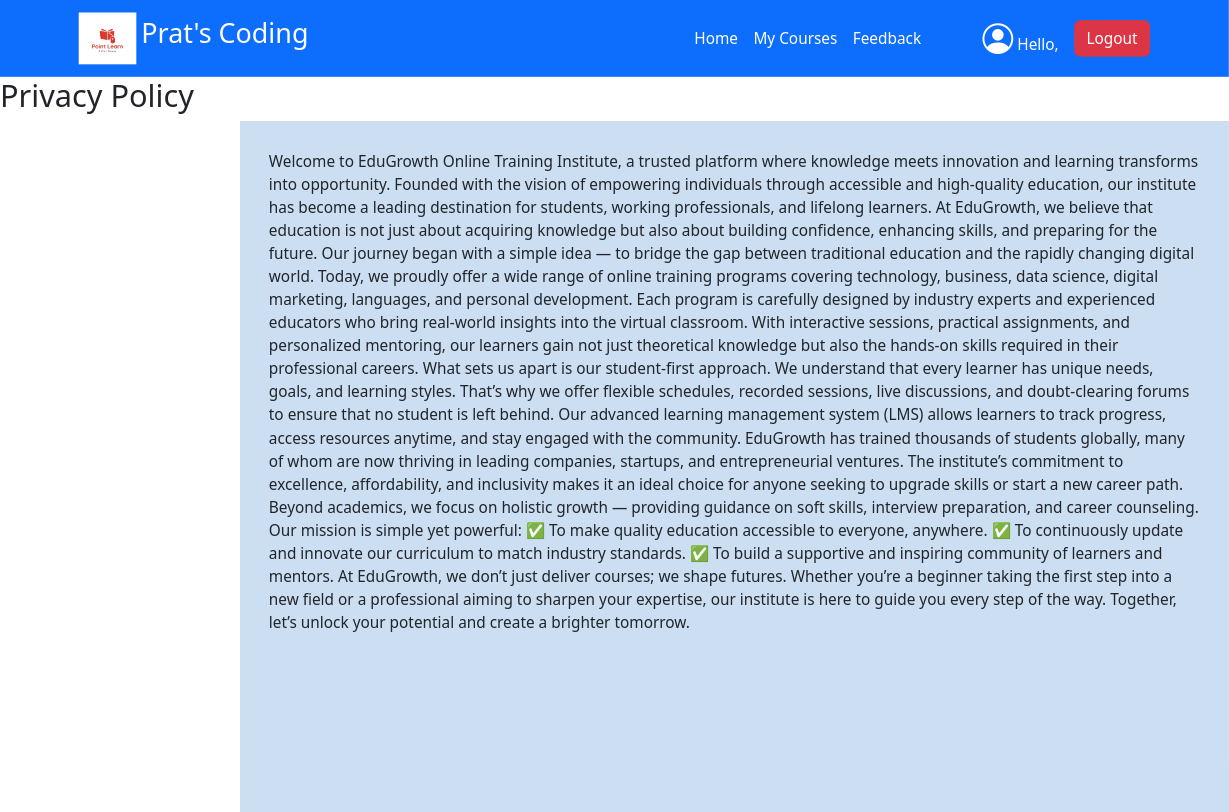
Repository: Pratikshae/OnlineLearningEPlatform
Page: http://localhost/privacy-policy
An editor plug-in stored every save of this project. The page is shown before and after the next save, followed by the edit.
The browser window is 1280 px wide. The pictures show the whole page, at 96% of full size.
The page is this project's Thymeleaf template; nobody is signed in. The template is opened directly, without the code that normally fills it, so the values that code supplies are empty.

Above is the page before, as saved 2025-09-22 09:40:38.

### EducationCRMProject/src/main/resources/templates/privacy-policy.html
<!DOCTYPE html>
<html lang="en" xmlns:th="http://www.thymeleaf.org">
<head>
<meta charset="utf-8" />
<meta name="viewport" content="width=device-width, initial-scale=1" />
<title>Privacy Policy</title>
<link
	href="https://cdn.jsdelivr.net/npm/bootstrap@5.3.7/dist/css/bootstrap.min.css"
	rel="stylesheet"
	integrity="sha384-LN+7fdVzj6u52u30Kp6M/trliBMCMKTyK833zpbD+pXdCLuTusPj697FH4R/5mcr"
	crossorigin="anonymous" />

<link rel="stylesheet"
	href="https://cdn.jsdelivr.net/npm/bootstrap-icons@1.13.1/font/bootstrap-icons.min.css">
<link rel="stylesheet" th:href="@{/css/style.css}">

</head>
<body>
	<div th:replace="~{fragments/user-header :: u-header}"></div>
	<h2 class="justify-content-center align-items-center">Privacy
		Policy</h2>

	<div class="main-content">
	   <p class="justify-content-center align-items-center"> Welcome to EduGrowth Online Training
		Institute, a trusted platform where knowledge meets innovation and
		learning transforms into opportunity. Founded with the vision of
		empowering individuals through accessible and high-quality education,
		our institute has become a leading destination for students, working
		professionals, and lifelong learners. At EduGrowth, we believe that
		education is not just about acquiring knowledge but also about
		building confidence, enhancing skills, and preparing for the future.

		Our journey began with a simple idea — to bridge the gap between
		traditional education and the rapidly changing digital world. Today,
		we proudly offer a wide range of online training programs covering
		technology, business, data science, digital marketing, languages, and
		personal development. Each program is carefully designed by industry
		experts and experienced educators who bring real-world insights into
		the virtual classroom. With interactive sessions, practical
		assignments, and personalized mentoring, our learners gain not just
		theoretical knowledge but also the hands-on skills required in their
		professional careers. What sets us apart is our student-first
		approach. We understand that every learner has unique needs, goals,
		and learning styles. That’s why we offer flexible schedules, recorded
		sessions, live discussions, and doubt-clearing forums to ensure that
		no student is left behind. Our advanced learning management system
		(LMS) allows learners to track progress, access resources anytime, and
		stay engaged with the community. EduGrowth has trained thousands of
		students globally, many of whom are now thriving in leading companies,
		startups, and entrepreneurial ventures. The institute’s commitment to
		excellence, affordability, and inclusivity makes it an ideal choice
		for anyone seeking to upgrade skills or start a new career path.
		Beyond academics, we focus on holistic growth — providing guidance on
		soft skills, interview preparation, and career counseling. Our mission
		is simple yet powerful: ✅ To make quality education accessible to
		everyone, anywhere. ✅ To continuously update and innovate our
		curriculum to match industry standards. ✅ To build a supportive and
		inspiring community of learners and mentors. At EduGrowth, we don’t
		just deliver courses; we shape futures. Whether you’re a beginner
		taking the first step into a new field or a professional aiming to
		sharpen your expertise, our institute is here to guide you every step
		of the way. Together, let’s unlock your potential and create a
		brighter tomorrow.
		</p>

		</div>
</body>
</html>

### EducationCRMProject/src/main/resources/templates/fragments/user-header.html
<!-- fragments/header.html -->
<!DOCTYPE html>
<html xmlns:th="http://www.thymeleaf.org">
<body>
	<header th:fragment="u-header">
		<nav class="navbar navbar-expand-lg bg-primary">
			<div class="container">
				<a class="navbar-brand" href="/index"> <img
					src="images/logo.png" alt="Smart Programming Logo" width="60" /> <span
					class="h3 text-white">Prat's Coding</span>
				</a>
				<button class="navbar-toggler" type="button"
					data-bs-toggle="collapse" data-bs-target="#navbarSupportedContent"
					aria-controls="navbarSupportedContent" aria-expanded="false"
					aria-label="Toggle navigation">
					<span class="navbar-toggler-icon"></span>
				</button>
				<div class="collapse navbar-collapse" id="navbarSupportedContent">
					<ul class="navbar-nav ms-auto mb-2 mb-lg-0">
						<li class="nav-item"><a class="nav-link text-white"
							aria-current="page" href="/index">Home</a></li>
					</ul>
					<ul class="navbar-nav mb-2 mb-lg-0">
						<li class="nav-item"><a class="nav-link text-white"
							aria-current="page" href="/myCourses">My Courses</a></li>
					</ul>

					<ul class="navbar-nav mb-2 mb-lg-0">
						<li class="nav-item"><a class="nav-link text-white"
							aria-current="page" href="/provideFeedback">Feedback</a></li>
					</ul>

					<ul class="navbar-nav mb-2 mb-lg-0 ms-5">
						<li class="nav-item"><a class="nav-link text-white"
							aria-current="page" href="/userProfile"> <i
								class="bi bi-person-circle" style="font-size: 2rem;"></i> Hello,
								<span th:text="${sessionUser.name}"></span>
						</a></li>
					</ul>
					<a href="/login" class="btn btn-danger ms-2"> Logout </a>
				</div>
			</div>
		</nav>
	</header>
</body>
</html>

### EducationCRMProject/src/main/resources/static/css/style.css
.sidebar {
    width: 250px;
    background-color: black;
    position: fixed;
    top: 0;
    left: 0;
    height: 100%;
    z-index: 1000;   /* ensure it stays above content */
}

.sidebar .nav-link {
    color: white;
}
.sidebar .nav-link:hover {
	background-color: #1075e0;
}

.main-content {
    margin-left: 250px;
    width: calc(100% - 250px);
    padding: 30px;
    background:#cbdef2;
    min-height: 100vh;
    position: relative;
    z-index: 1;   /* ensure content sits beside, not behind */
}

After the next save:
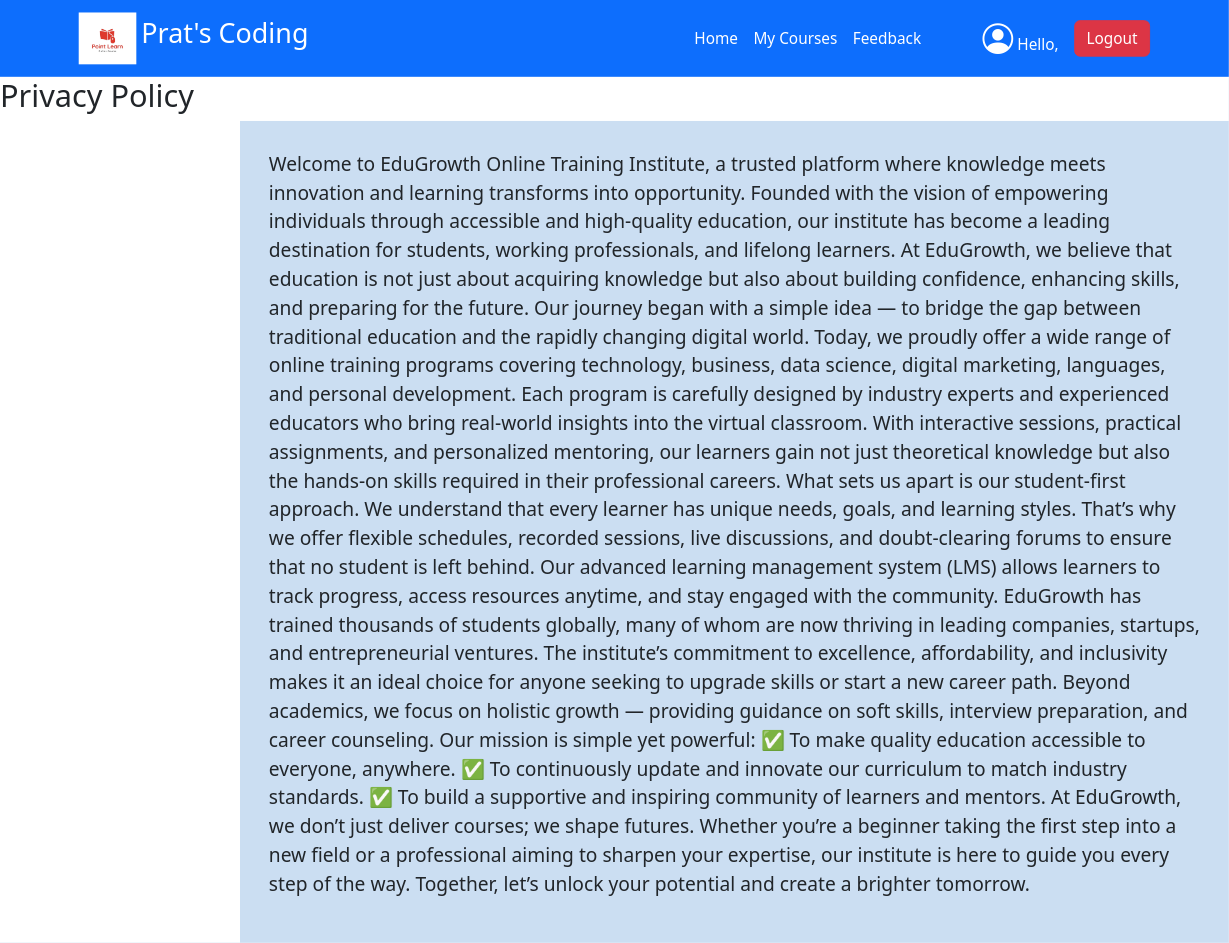
Saved 13 s later.
--- a/EducationCRMProject/src/main/resources/templates/privacy-policy.html
+++ b/EducationCRMProject/src/main/resources/templates/privacy-policy.html
@@ -21,7 +21,7 @@
 		Policy</h2>
 
 	<div class="main-content">
-	   <p class="justify-content-center align-items-center"> Welcome to EduGrowth Online Training
+	   <p class="justify-content-center align-items-center" style="font-size: 20px;"> Welcome to EduGrowth Online Training
 		Institute, a trusted platform where knowledge meets innovation and
 		learning transforms into opportunity. Founded with the vision of
 		empowering individuals through accessible and high-quality education,
